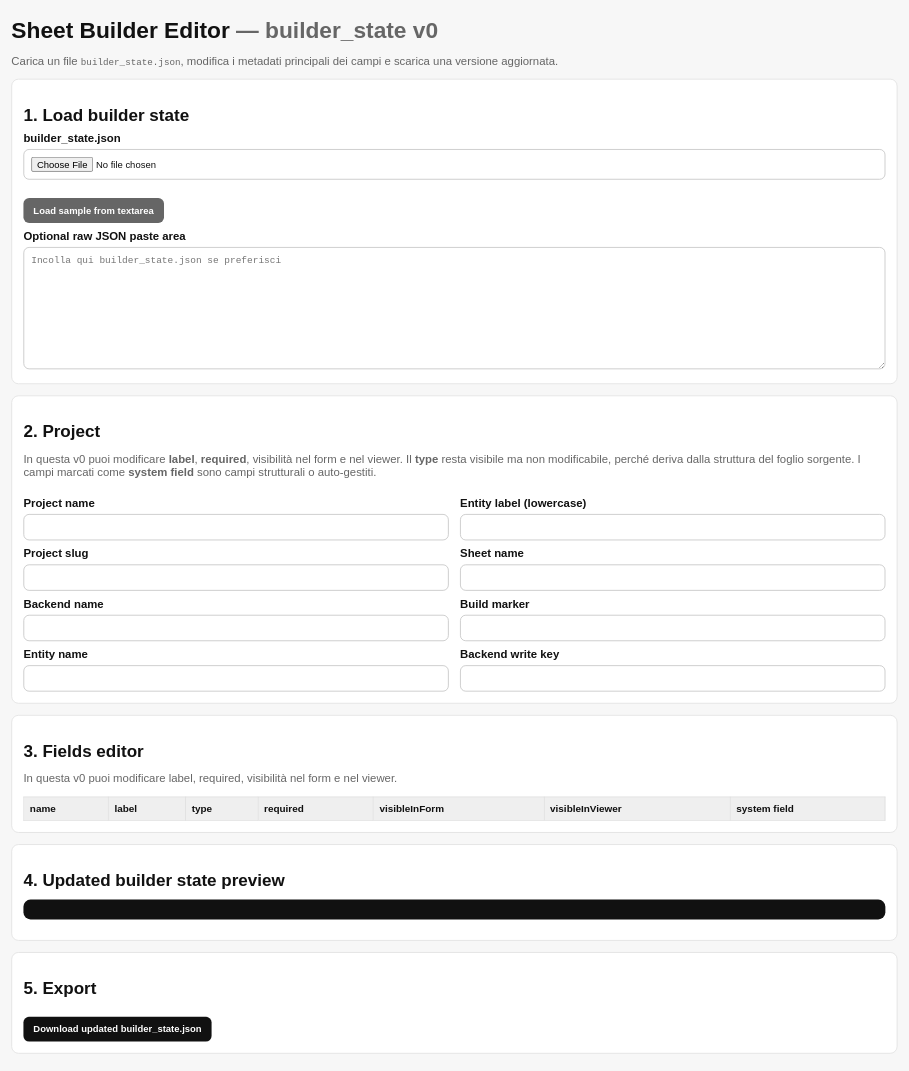
Repository: progettazionemauro/sheets.builder
Page: docs/builder.html
The author's editor kept a copy of each file at every save. The page is drawn from the files as they stood at one save, then again after a run of saves.
The browser window is 1280 px wide. The pictures show the whole page, at 71% of full size.

Above is the page before, as saved 2026-04-13 19:27:53.
Console error: SyntaxError: missing ) after argument list

After the next 2 saves:
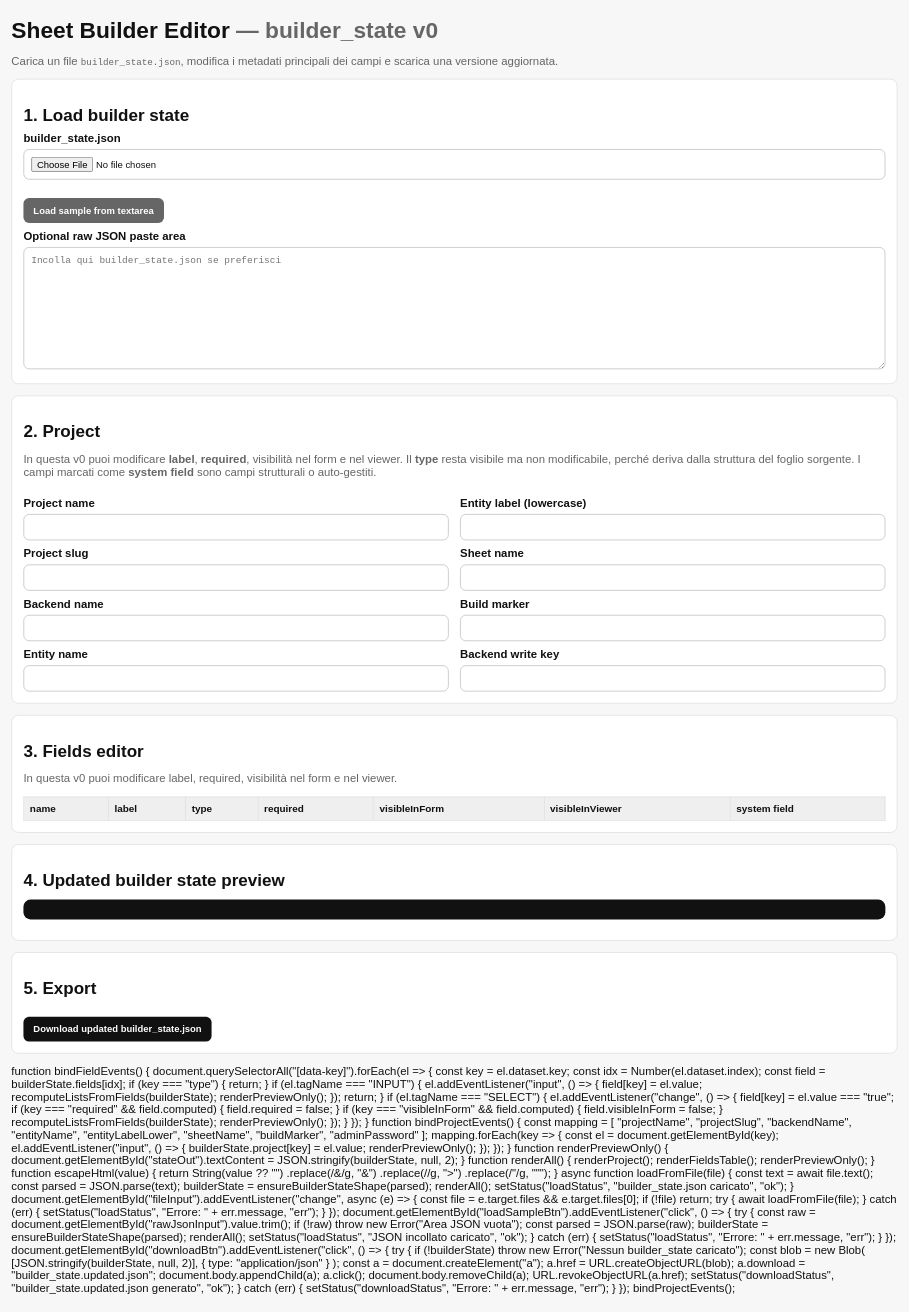
Console error: SyntaxError: Unexpected token '<'
The 2 saves are shown as one change because they came seconds apart.
The last was saved 20 min 22 s later.
--- a/docs/builder.html
+++ b/docs/builder.html
@@ -354,6 +354,7 @@
     document.getElementById("adminPassword").value = p.adminPassword || "";
   }
 
+  <script>
   function renderFieldsTable() {
     const tbody = document.querySelector("#fieldsTable tbody");
     tbody.innerHTML = "";
@@ -361,7 +362,7 @@
     builderState.fields.forEach((field, idx) => {
       const tr = document.createElement("tr");
 
-            tr.innerHTML = `
+      tr.innerHTML = `
         <td class="${field.locked ? "readonly-cell" : ""}">
           <input data-key="name" data-index="${idx}" value="${escapeHtml(field.name)}" ${field.locked ? "readonly" : ""} />
         </td>
@@ -392,8 +393,12 @@
         <td class="readonly-cell">${field.locked ? "YES" : "NO"}</td>
       `;
 
+      tbody.appendChild(tr);
+    });
+
     bindFieldEvents();
   }
+</script>
 
     function bindFieldEvents() {
     document.querySelectorAll("[data-key]").forEach(el => {

After the 2 saves that followed:
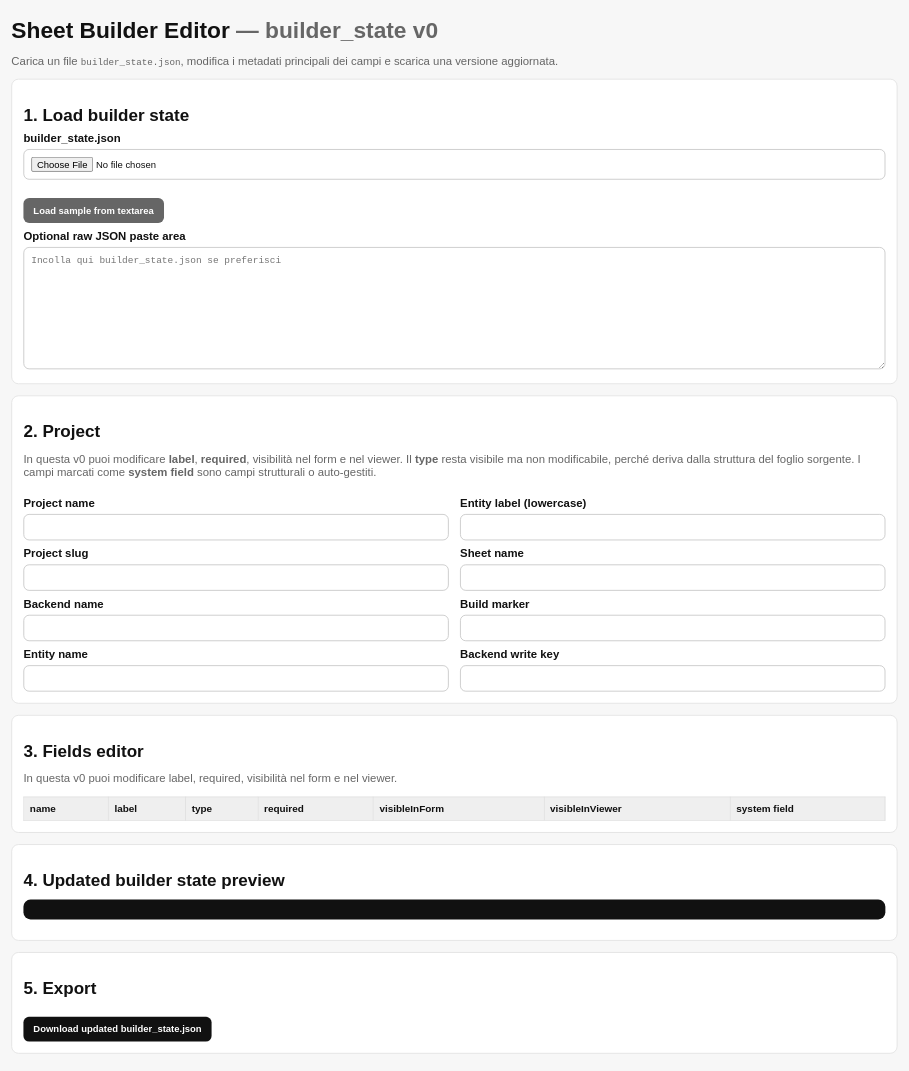
Console error: SyntaxError: missing ) after argument list
The 2 saves are shown as one change because they came seconds apart.
The last was saved 6 s later.
--- a/docs/builder.html
+++ b/docs/builder.html
@@ -354,7 +354,6 @@
     document.getElementById("adminPassword").value = p.adminPassword || "";
   }
 
-  <script>
   function renderFieldsTable() {
     const tbody = document.querySelector("#fieldsTable tbody");
     tbody.innerHTML = "";
@@ -362,7 +361,7 @@
     builderState.fields.forEach((field, idx) => {
       const tr = document.createElement("tr");
 
-      tr.innerHTML = `
+            tr.innerHTML = `
         <td class="${field.locked ? "readonly-cell" : ""}">
           <input data-key="name" data-index="${idx}" value="${escapeHtml(field.name)}" ${field.locked ? "readonly" : ""} />
         </td>
@@ -393,12 +392,8 @@
         <td class="readonly-cell">${field.locked ? "YES" : "NO"}</td>
       `;
 
-      tbody.appendChild(tr);
-    });
-
     bindFieldEvents();
   }
-</script>
 
     function bindFieldEvents() {
     document.querySelectorAll("[data-key]").forEach(el => {
